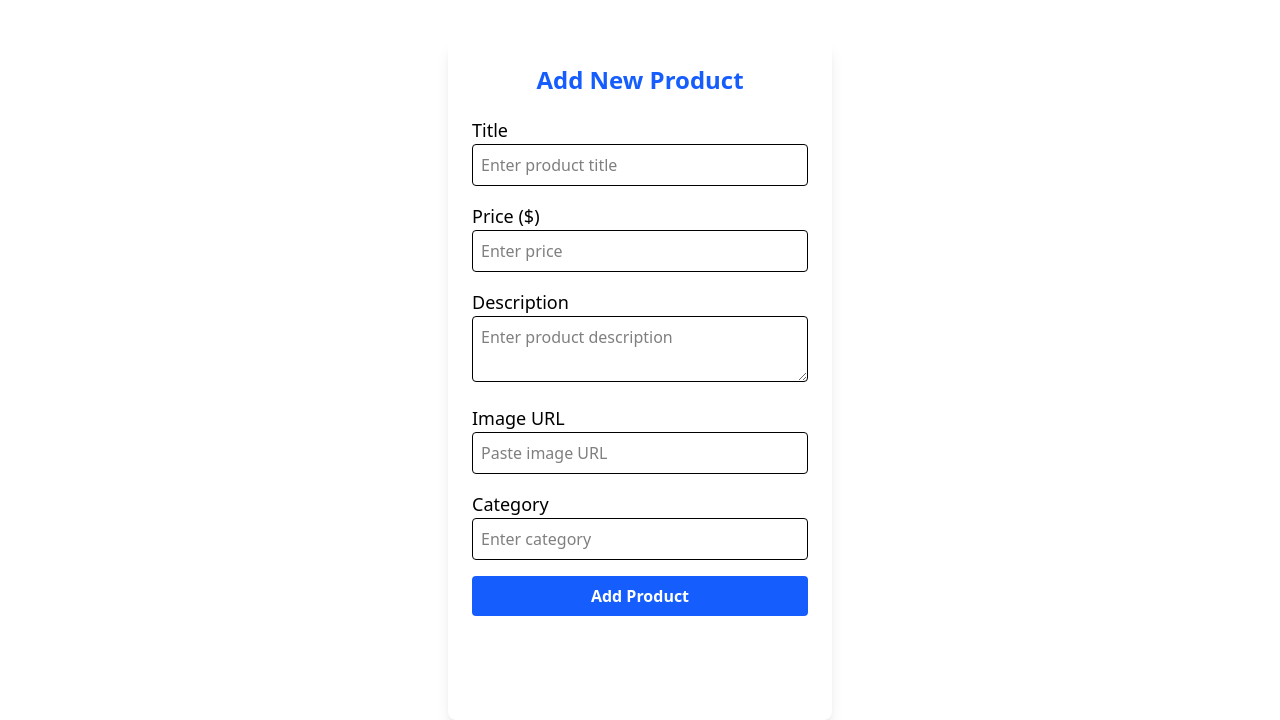
Repository: Habeebur1493/React-App
Page: /add-products
The author's editor kept a copy of each file at every save. The page is drawn from the files as they stood at one save, then again after the next save.
The browser window is 1280 px wide. The pictures show the whole page.
The page's requests for data from a server got no answer. The project was rebuilt for these pictures with package versions that can differ from the ones it lists, and the page was loaded fresh each time. No one was signed in, and anything a server would have sent is missing. Also part of the build but not shown: vite.config.js, src/Components/Login.jsx, src/Components/Nav.jsx, src/Components/Loading.jsx, src/Components/Home.jsx, src/Components/Details.jsx, src/Components/About.jsx, src/Components/Services.jsx and 2 more.

Above is the page before, as saved 2025-02-01 15:19:59.

### index.html
<!doctype html>
<html lang="en">
  <head>
    <meta charset="UTF-8" />
    <meta name="viewport" content="width=device-width, initial-scale=1.0" />
    <title>Project</title>
  </head>
  <body>
    <div id="root"></div>
    <script type="module" src="/src/main.jsx"></script>
  </body>
</html>

### src/main.jsx
import React from "react";
import { createRoot } from "react-dom/client";
import App from "./App.jsx";
import { BrowserRouter } from "react-router-dom";
import Context from "./Components/utils/Context.jsx";
import { ToastContainer } from "react-toastify";

createRoot(document.getElementById("root")).render(
  <Context>
    <BrowserRouter>
      <App />
      <ToastContainer />
    </BrowserRouter>
    </Context>

);

### src/App.jsx
import React, { useState } from "react";
import "./App.css";
import { Route, Routes } from "react-router-dom";
import Login from "./Components/Login.jsx";
import Home from "./Components/Home.jsx";
import Details from "./Components/Details.jsx";
import About from "./Components/About.jsx";
import Services from "./Components/Services.jsx";
import Contact from "./Components/Contact.jsx";
import Addproducts from "./Components/Addproducts.jsx";
import ShowProducts from "./Components/ShowProducts.jsx";

const App = () => {
  const [selectedProduct, setSelectedProduct] = useState(null);

  return (
    <div className='h-screen w-screen flex'>
      <Routes>
        <Route path='/' element={<Login />} />
        <Route path='/Home' element={<Home />} />
        <Route path='/add-products' element={<Addproducts />} />
        <Route path='/details/:id' element={<Details />} />
        <Route path='/About' element={<About />} />
        <Route path='/Services' element={<Services />} />
        <Route path='/Contact' element={<Contact />} />
        <Route
          path='/show-products'
          element={
            <ShowProducts
              setSelectedProduct={setSelectedProduct}
              selectedProduct={selectedProduct}
            />
          }
        />
      </Routes>
    </div>
  );
};

export default App;

### src/Components/utils/Context.jsx
import React, { createContext, useEffect, useState } from "react";
import axios from "axios";

export const ProductContext = createContext();

const Context = ({children}) => {
  const [products, setproducts] = useState([]);

  const getproducts = async () => {
    try {
      const { data } = await axios.get("https://fakestoreapi.com/products");
      setproducts(data);
    } catch (error) {
      console.log( "Error Fetching products"  ,error);
    }
  };

  useEffect(() => {
    getproducts();
  }, []);

  return (
    <ProductContext.Provider value={{products, setproducts}}>
      {children}
    </ProductContext.Provider>
  );
};

export default Context;

### src/Components/Addproducts.jsx
import React, { useState, useEffect } from "react";
import { useNavigate } from "react-router-dom";
import { toast } from "react-toastify";

const AddProduct = ({ selectedProduct, setSelectedProduct }) => {
  const [formData, setFormData] = useState({
    title: "",
    price: "",
    description: "",
    image: "",
    category: "",
  });

  const navigate = useNavigate();

  // ✅ Agar koi product update ho raha ho toh uski details form me load ho
  useEffect(() => {
    if (selectedProduct) {
      setFormData(selectedProduct);
    }
  }, [selectedProduct]);

  const handleChange = (e) => {
    setFormData({ ...formData, [e.target.name]: e.target.value });
  };

  const handleSubmit = (e) => {
    e.preventDefault();
    let products = JSON.parse(localStorage.getItem("products")) || [];

    if (selectedProduct) {
      // ✅ Update existing product
      products = products.map((p) =>
        p.title === selectedProduct.title ? formData : p
      );
    } else {
      // ✅ Add new product
      products.push(formData);
    }

    localStorage.setItem("products", JSON.stringify(products));
    setFormData({
      title: "",
      price: "",
      description: "",
      image: "",
      category: "",
    });
    toast.success("Product added successfully!");
    navigate("/show-products");
    setSelectedProduct(null);
  };

  return (
    <div className='w-[30%] mx-auto bg-white p-6 rounded-lg shadow-lg mt-10'>
      <h2 className='text-2xl font-bold mb-5 text-center text-blue-600'>
        {selectedProduct ? "Update Product" : "Add New Product"}
      </h2>

      <form onSubmit={handleSubmit} className='space-y-4'>
        <div>
          <label className='block text-lg font-medium'>Title</label>
          <input
            type='text'
            name='title'
            value={formData.title}
            onChange={handleChange}
            required
            placeholder='Enter product title'
            className='w-full p-2 border rounded focus:ring-2 focus:ring-blue-500'
          />
        </div>

        <div>
          <label className='block text-lg font-medium'>Price ($)</label>
          <input
            type='number'
            name='price'
            value={formData.price}
            onChange={handleChange}
            required
            placeholder='Enter price'
            className='w-full p-2 border rounded focus:ring-2 focus:ring-blue-500'
          />
        </div>

        <div>
          <label className='block text-lg font-medium'>Description</label>
          <textarea
            name='description'
            value={formData.description}
            onChange={handleChange}
            required
            placeholder='Enter product description'
            className='w-full p-2 border rounded focus:ring-2 focus:ring-blue-500'
          />
        </div>

        <div>
          <label className='block text-lg font-medium'>Image URL</label>
          <input
            type='url'
            name='image'
            value={formData.image}
            onChange={handleChange}
            required
            placeholder='Paste image URL'
            className='w-full p-2 border rounded focus:ring-2 focus:ring-blue-500'
          />
        </div>

        <div>
          <label className='block text-lg font-medium'>Category</label>
          <input
            type='text'
            name='category'
            value={formData.category}
            onChange={handleChange}
            required
            placeholder='Enter category'
            className='w-full p-2 border rounded focus:ring-2 focus:ring-blue-500'
          />
        </div>

        <button
          type='submit'
          className='w-full bg-blue-600 hover:bg-blue-700 text-white font-bold py-2 rounded transition'
        >
          {selectedProduct ? "Update Product" : "Add Product"}
        </button>
      </form>
    </div>
  );
};

export default AddProduct;

Loaded but not shown: src/App.css (common file)

After the next save:
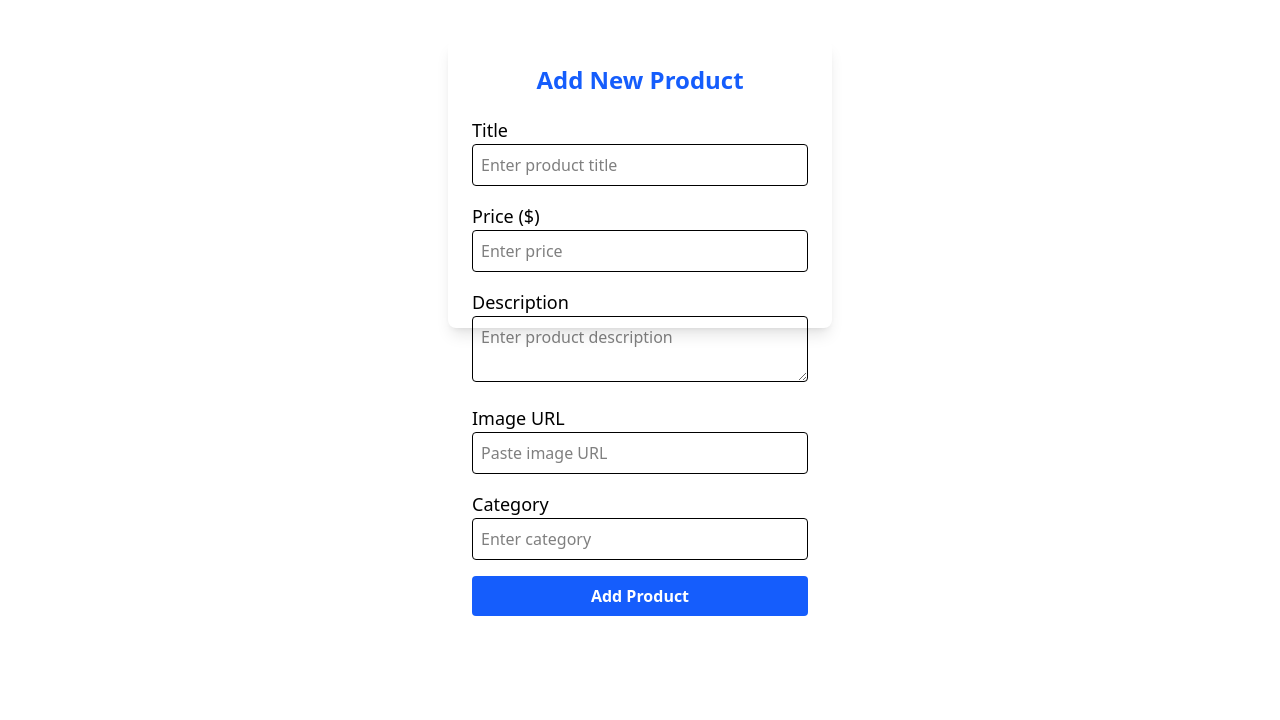
Saved 12 s later.
--- a/src/Components/Addproducts.jsx
+++ b/src/Components/Addproducts.jsx
@@ -52,7 +52,7 @@ const AddProduct = ({ selectedProduct, setSelectedProduct }) => {
   };
 
   return (
-    <div className='w-[30%] mx-auto bg-white p-6 rounded-lg shadow-lg mt-10'>
+    <div className='w-[30%] h-[40%] mx-auto bg-white p-6 rounded-lg shadow-lg mt-10'>
       <h2 className='text-2xl font-bold mb-5 text-center text-blue-600'>
         {selectedProduct ? "Update Product" : "Add New Product"}
       </h2>
